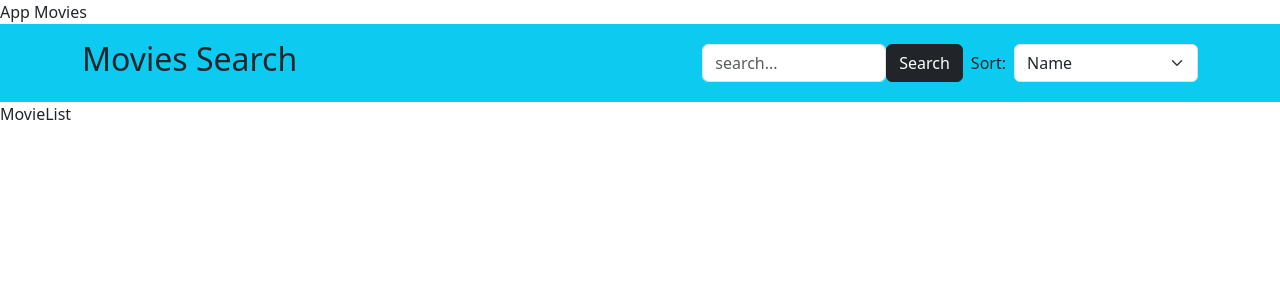
Repository: saargold/reactTest
Page: /movies
The author's editor kept a copy of each file at every save. The page is drawn from the files as they stood at one save, then again after the next save.
The browser window is 1280 px wide. The pictures show the whole page.
The project was rebuilt for these pictures with package versions that can differ from the ones it lists, and the page was loaded fresh each time. Also part of the build but not shown: src/App.css, src/api/Apicomp.js.

Above is the page before, as saved 2022-09-07 12:51:57.

After the next save:
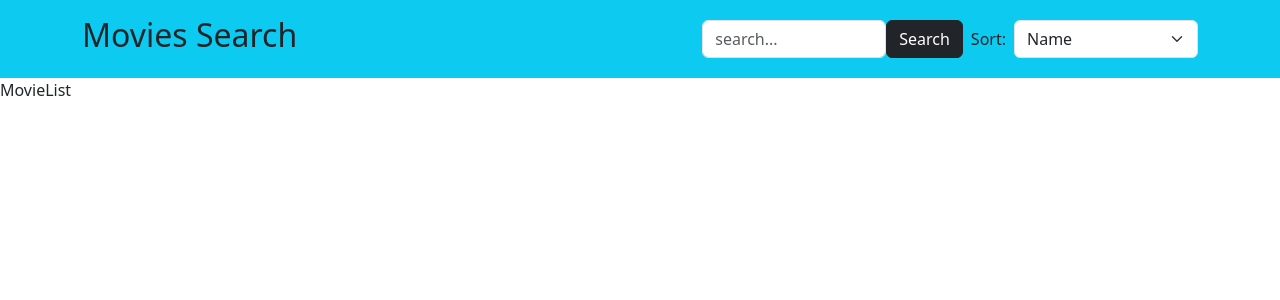
Saved 33 s later.
--- a/src/components/AppMovies.js
+++ b/src/components/AppMovies.js
@@ -5,7 +5,6 @@ import { MovieList } from './MovieList'
 function AppMovies() {
   return (
     <div>
-      App Movies
       <MoviesInput/>
       <MovieList/>
     </div>
